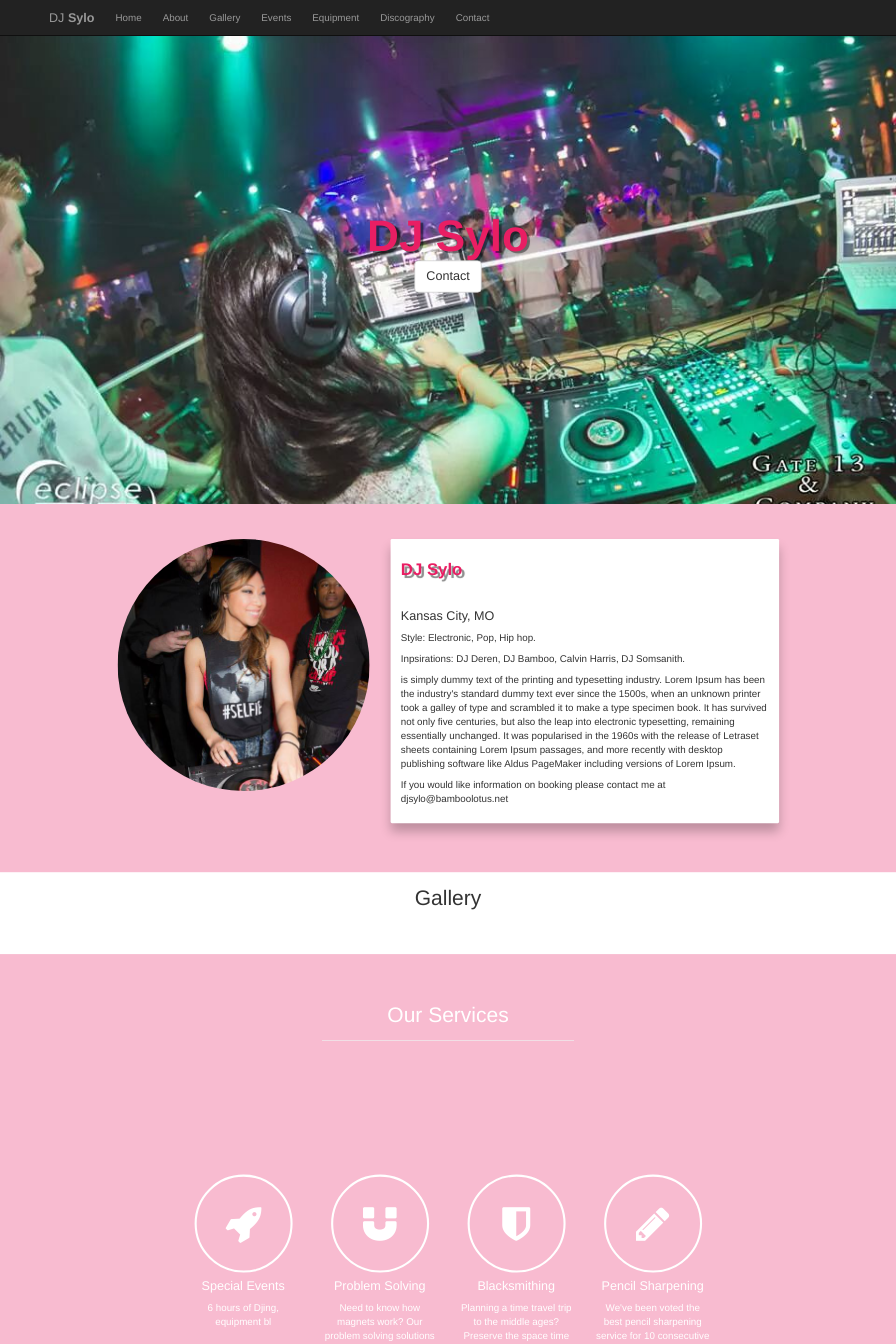
Repository: BambooXLotus/DjSylo
Page: client/index.html
The author's editor kept a record of every edit. The page is drawn from the files as they stood at one moment, then again after the next edit.
The browser window is 1280 px wide. The pictures show the part of the page from y = 0 to 1920 px (the page is 4255 px tall), at 70% of full size.
Pictures or frames that could not be fetched are drawn as grey boxes. Some icons come from a web library that is not loaded, so they are not drawn. Backgrounds fixed to the window are drawn as part of the page. Some web libraries are served in a nearby version.

Above is the page before.

### client/index.html
<!DOCTYPE html>
<html lang="en">

<head>
    <meta charset="utf-8">
    <meta name="viewport" content="width=device-width, initial-scale=1.0">
    <meta name="description" content="">
    <meta name="author" content="">
    <title>DJ Sylo</title>
    <!-- Bootstrap core CSS
        -->
    <link href="css/bootstrap.css" rel="stylesheet">
    <!-- Add custom CSS here -->
    <link href="css/stylish-portfolio.css" rel="stylesheet">
    <link href="//maxcdn.bootstrapcdn.com/font-awesome/4.1.0/css/font-awesome.min.css" rel="stylesheet">
    <link href="css/nanogallery.min.css" rel="stylesheet" type="text/css">
</head>

<body>
    <!-- Side Menu -->
    <nav class="navbar navbar-fixed-top navbar-inverse" role="navigation">
        <div class="container">
            <div class="navbar-header">
                <button type="button" class="navbar-toggle" data-toggle="collapse" data-target=".navbar-ex1-collapse">
                    <span class="sr-only">Toggle navigation</span>
                    <span class="icon-bar"></span>
                    <span class="icon-bar"></span>
                    <span class="icon-bar"></span>
                </button>
                <a class="navbar-brand" href="index.php">DJ <b>Sylo</b></a>
            </div>
            <!-- Collect the nav links, forms, and other content for toggling -->
            <div class="collapse navbar-collapse navbar-ex1-collapse">
                <ul class="nav navbar-nav">
                    <li>
                        <a href="#top">Home</a>
                    </li>
                    <li>
                        <a href="#about">About</a>
                    </li>
                    <li>
                        <a href="#gallery">Gallery</a>
                    </li>
                    <li>
                        <a href="#services">Events</a>
                    </li>
                    <li>
                        <a href="#portfolio">Equipment</a>
                    </li>
                    <li>
                        <a href="#portfolio">Discography</a>
                    </li>
                    <li>
                        <a href="#contact">Contact</a>
                    </li>
                </ul>
            </div>
            <!-- /.navbar-collapse -->
        </div>
        <!-- /.container -->
    </nav>
    <!-- /Side Menu -->
    <!-- Full Page Image Header Area -->
    <div id="top" class="header">
        <div class="vert-text">
            <div class="hero">
                <h1>DJ <b>Sylo</b></h1>
                <a href="#contact" class="btn btn-lg btn-default">Contact</a>
            </div>
        </div>
    </div>
    <!-- /Full Page Image Header Area -->
    <!-- Intro -->
    <div id="about" class="about">
        <div class="container">
            <div class="row">
                <div class="col-md-4 col-md-offset-1">
                    <img class="img-circle img-responsive" src="img/portrait-sm.jpg">
                </div>
                <div class="col-md-6 col-xs-12">
                    <div class="panel panel-default dialog">
                        <div class="panel-heading">
                            <h3>DJ Sylo</h3>
                        </div>
                        <div class="panel-body">
                            <h4>Kansas City, MO</h4>
                            <p>Style: Electronic, Pop, Hip hop.</p>
                            <p>Inpsirations: DJ Deren, DJ Bamboo, Calvin Harris, DJ Somsanith.</p>
                            <p>is simply dummy text of the printing and typesetting industry. Lorem Ipsum has been the industry's standard dummy text ever since the 1500s, when an unknown printer took a galley of type and scrambled it to make a type specimen
                                book. It has survived not only five centuries, but also the leap into electronic typesetting, remaining essentially unchanged. It was popularised in the 1960s with the release of Letraset sheets containing Lorem Ipsum passages,
                                and more recently with desktop publishing software like Aldus PageMaker including versions of Lorem Ipsum.</p>

                            <p>If you would like information on booking please contact me at djsylo@bamboolotus.net</p>
                        </div>
                    </div>
                </div>
            </div>
        </div>
    </div>
    <!-- /Intro -->
    <!-- Gallery -->
    <div id="gallery" class="gallery">
        <div class="container">
            <div class="row">
                <div class="col-md-6 col-md-offset-3 text-center">
                    <h2>Gallery</h2>
                </div>
            </div>
            <div class="row">
                <div class="col-md-10 col-md-offset-1 col-xs-12 text-center">
                    <div id="nanoGallery2"></div>
                </div>
            </div>
        </div>
    </div>
    <!-- /Gallery -->
    <!-- Services -->
    <div id="services" class="services">
        <div class="container">
            <div class="row">
                <div class="col-md-4 col-md-offset-4 text-center">
                    <h2>Our Services</h2>
                    <hr>
                </div>
            </div>
            <div class="row">
                <div class="col-md-offset-3 col-md-6">
                    <iframe width="100%" height="166" scrolling="no" frameborder="no" src="https://w.soundcloud.com/player/?url=https%3A//api.soundcloud.com/tracks/160960689&amp;color=ff5500&amp;auto_play=false&amp;hide_related=false&amp;show_comments=true&amp;show_user=true&amp;show_reposts=false"></iframe>
                </div>
            </div>
            <div class="row">
                <div class="col-md-2 col-md-offset-2 text-center">
                    <div class="service-item">
                        <i class="service-icon fa fa-rocket"></i>
                        <h4>Special Events</h4>
                        <p>6 hours of Djing, equipment bl</p>
                    </div>
                </div>
                <div class="col-md-2 text-center">
                    <div class="service-item">
                        <i class="service-icon fa fa-magnet"></i>
                        <h4>Problem Solving</h4>
                        <p>Need to know how magnets work? Our problem solving solutions team can help you identify problems and conduct exploratory research.</p>
                    </div>
                </div>
                <div class="col-md-2 text-center">
                    <div class="service-item">
                        <i class="service-icon fa fa-shield"></i>
                        <h4>Blacksmithing</h4>
                        <p>Planning a time travel trip to the middle ages? Preserve the space time continuum by blending in with period accurate armor and weapons.</p>
                    </div>
                </div>
                <div class="col-md-2 text-center">
                    <div class="service-item">
                        <i class="service-icon fa fa-pencil"></i>
                        <h4>Pencil Sharpening</h4>
                        <p>We've been voted the best pencil sharpening service for 10 consecutive years. If you have a pencil that feels dull, we'll get it sharp!</p>
                    </div>
                </div>
            </div>
        </div>
    </div>
    <!-- /Services -->
    <!-- Callout -->
    <div class="callout">
        <div class="vert-text">
            <h1>DJ Sylo</h1>
        </div>
    </div>
    <!-- /Callout -->
    <!-- Portfolio -->
    <div id="portfolio" class="portfolio">
        <div class="container">
            <div class="row">
                <div class="col-md-4 col-md-offset-4 text-center">
                    <h2>Events</h2>
                    <hr>
                </div>
            </div>
            <div class="row">
                <div class="col-md-4 col-md-offset-2 text-center">
                    <div class="portfolio-item">
                        <a href="#">

                            <img class="img-portfolio img-responsive" src="img/portfolio-1.jpg">

                        </a>
                        <h4>A Club Name 9/13/2013</h4>
                    </div>
                </div>
                <div class="col-md-4 text-center">
                    <div class="portfolio-item">
                        <a href="#">

                            <img class="img-portfolio img-responsive" src="img/portfolio-2.jpg">

                        </a>
                        <h4>Jokers 2014</h4>
                    </div>
                </div>
            </div>
            <div class="row">
                <div class="col-md-4 col-md-offset-2 text-center">
                    <div class="portfolio-item">
                        <a href="#">

                            <img class="img-portfolio img-responsive" src="img/portfolio-3.jpg">

                        </a>
                        <h4>Cafe Mood</h4>
                    </div>
                </div>
                <div class="col-md-4 text-center">
                    <div class="portfolio-item">
                        <a href="#">

                            <img class="img-portfolio img-responsive" src="img/portfolio-4.jpg">

                        </a>
                        <h4>Power and Light 2015</h4>
                    </div>
                </div>
            </div>
        </div>
    </div>
    <!-- /Portfolio -->
    <!-- Call to Action -->
    <div class="call-to-action">
        <div class="container">
            <div class="row">
                <div class="col-md-6 col-md-offset-3 text-center">
                    <h3>The buttons below are impossible to resist.</h3>
                    <a href="#" class="btn btn-lg btn-default">Click Me!</a>
                    <a href="#" class="btn btn-lg btn-primary">Look at Me!</a>
                </div>
            </div>
        </div>
    </div>
    <!-- /Call to Action -->
    <!-- Map -->
    <div id="contact">
        <div class="container">
            <div class="row">
                <div class="col-md-6 col-md-offset-3">
                    <h3>Contact</h3>
                    <hr>
                    <address>
                            <strong>Email:</strong>
                            <a href="mailto:#">djsylo@bamboolotus.net</a>
                            <br>
                            <br>
                            <strong>Phone:</strong>(515) 329-2323</address>
                </div>
            </div>
            <div>
                <div class="col-md-6 col-md-offset-3 contact-form">
                    <form id="contact" method="post" class="form" role="form">
                        <div class="row">
                            <div class="col-xs-6 col-md-6 form-group">
                                <input class="form-control" id="name" name="name" placeholder="Name" type="text" />
                            </div>
                            <div class="col-xs-6 col-md-6 form-group">
                                <input class="form-control" id="email" name="email" placeholder="Email" type="email" required />
                            </div>
                        </div>
                        <textarea class="form-control" id="message" name="message" placeholder="Message" rows="5"></textarea>
                        <br />
                        <div class="row">
                            <div class="col-xs-12 col-md-12 form-group">
                                <button class="btn btn-primary pull-right" type="submit">Submit</button>
                            </div>
                        </div>
                    </form>
                </div>
            </div>
        </div>
    </div>
    <!-- /Map -->
    <!-- Footer -->
    <footer>
        <div class="container">
            <div class="row">
                <div class="col-md-6 col-md-offset-3 text-center">
                    <ul class="list-inline">
                        <li>
                            <i class="fa fa-facebook fa-3x"></i>
                        </li>
                        <li>
                            <i class="fa fa-twitter fa-3x"></i>
                        </li>
                        <li>
                            <i class="fa fa-instagram fa-3x"></i>
                        </li>
                         <li>
                            <a class="fa fa-soundcloud fa-3x" href="https://soundcloud.com/bambooproduction/sets"></a>
                        </li>
                    </ul>
                    <div class="top-scroll">
                        <a href="#top"><i class="fa fa-circle-arrow-up scroll fa-4x"></i></a>
                    </div>
                    <hr>
                    <p>Copyright &copy; Company 2013</p>
                </div>
            </div>
        </div>
    </footer>
    <!-- /Footer -->
    <!-- JavaScript -->
    <script src="js/jquery-1.10.2.js"></script>
    <script src="js/bootstrap.js"></script>

    <!-- nanoGALLERY plugin files -->
    <script type="text/javascript" src="js/jquery.nanogallery.min.js"></script>
    <!-- Custom JavaScript for the Side Menu and Smooth Scrolling
        -->
    <script>
        $("#menu-close").click(function(e) {
            e.preventDefault();
            $("#sidebar-wrapper").toggleClass("active");
        });
    </script>
    <script>
        $("#menu-toggle").click(function(e) {
            e.preventDefault();
            $("#sidebar-wrapper").toggleClass("active");
        });
    </script>
    <script>
        $(function() {
            $('a[href*=#]:not([href=#])').click(function() {
                if (location.pathname.replace(/^\//, '') == this.pathname.replace(/^\//, '') || location.hostname == this.hostname) {

                    var target = $(this.hash);
                    target = target.length ? target : $('[name=' + this.hash.slice(1) + ']');
                    if (target.length) {
                        $('html,body').animate({
                            scrollTop: target.offset().top
                        }, 1000);
                        return false;
                    }
                }
            });

            $("#nanoGallery2").nanoGallery({
                thumbnailWidth: 'auto',
                thumbnailHeight: 200,
                userID: 'derensomsanith@gmail.com',
                kind: 'picasa',
                album: '6020738059883313137',
                colorSchemeViewer: 'light',
                thumbnailHoverEffect: [{
                    name: 'labelAppear75',
                    duration: 300
                }],
                thumbnailGutterWidth: 1,
                thumbnailGutterHeight: 1,
                i18n: {
                    thumbnailImageDescription: 'View Photo',
                    thumbnailAlbumDescription: 'Open Album'
                },
                thumbnailLabel: {
                    display: true,
                    position: 'overImageOnMiddle',
                    align: 'center'
                },
                photoSorting: 'random',
                lazyBuild: 'loadData',
                lazyBuildTreshold: 300
            });

        });
    </script>
</body>

</html>

### client/css/stylish-portfolio.css
/* Global Styles */

html,
body {
  height: 100%;
  width: 100%;
}
h1 {
  color: #e91e63;
  text-shadow: 4px 4px 1px rgba(0, 0, 0, 0.45);
}
h3 {
  color: #e91e63;
  text-shadow: 4px 4px 1px rgba(0, 0, 0, 0.45);
  font-weight: bold;
}
.vert-text {
  display: table-cell;
  vertical-align: middle;
  text-align: center;
}
.vert-text h1 {
  padding: 0;
  margin: 0;
  font-size: 4.5em;
  font-weight: 700;
}
/* Side Menu */

#sidebar-wrapper {
  margin-right: -250px;
  right: 0;
  width: 250px;
  background: #000;
  position: fixed;
  height: 100%;
  overflow-y: auto;
  z-index: 1000;
  -webkit-transition: all 0.4s ease 0s;
  -moz-transition: all 0.4s ease 0s;
  -ms-transition: all 0.4s ease 0s;
  -o-transition: all 0.4s ease 0s;
  transition: all 0.4s ease 0s;
}
.sidebar-nav {
  position: absolute;
  top: 0;
  width: 250px;
  list-style: none;
  margin: 0;
  padding: 0;
}
.sidebar-nav li {
  line-height: 40px;
  text-indent: 20px;
}
.sidebar-nav li a {
  color: #999999;
  display: block;
  text-decoration: none;
}
.sidebar-nav li a:hover {
  color: #fff;
  background: rgba(255, 255, 255, 0.2);
  text-decoration: none;
}
.sidebar-nav li a:active,
.sidebar-nav li a:focus {
  text-decoration: none;
}
.sidebar-nav > .sidebar-brand {
  height: 55px;
  line-height: 55px;
  font-size: 18px;
}
.sidebar-nav > .sidebar-brand a {
  color: #999999;
}
.sidebar-nav > .sidebar-brand a:hover {
  color: #fff;
  background: none;
}
#menu-toggle {
  top: 0;
  right: 0;
  position: fixed;
  z-index: 1;
}
#sidebar-wrapper.active {
  right: 250px;
  width: 250px;
  -webkit-transition: all 0.4s ease 0s;
  -moz-transition: all 0.4s ease 0s;
  -ms-transition: all 0.4s ease 0s;
  -o-transition: all 0.4s ease 0s;
  transition: all 0.4s ease 0s;
}
.toggle {
  margin: 5px 5px 0 0;
}
/* Full Page Image Header Area */

.header {
  display: table;
  height: 100%;
  width: 100%;
  position: relative;
  background: url(../img/DJSyloJumbotron.jpeg) no-repeat center center fixed;
  -webkit-background-size: cover;
  -moz-background-size: cover;
  -o-background-size: cover;
  background-size: cover;
}
/* Intro */

.intro {
  padding: 50px 0;
}
/* About */

.about {
  background: #f8bbd0;
  padding: 50px 0;
}
/* Services */

.services {
  background: #f8bbd0;
  padding: 50px 0;
  color: #ffffff;
}
.service-item {
  margin-bottom: 15px;
}
i.service-icon {
  border: 3px solid #ffffff;
  border-radius: 50%;
  display: inline-block;
  font-size: 56px;
  width: 140px;
  height: 140px;
  line-height: 136px;
  vertical-align: middle;
  text-align: center;
}
/* Callout */

.callout {
  color: #ffffff;
  display: table;
  height: 400px;
  width: 100%;
  background: url(../img/callout_DJSylo.jpeg) no-repeat center center fixed;
  -webkit-background-size: cover;
  -moz-background-size: cover;
  -o-background-size: cover;
  background-size: cover;
}
/* Portfolio */

.portfolio {
  padding: 50px 0;
}
.portfolio-item {
  margin-bottom: 25px;
}
.img-portfolio {
  margin: 0 auto;
}
/* Call to Action */

.call-to-action {
  color: #ffffff;
  background: #ec407a;
  padding: 50px 0;
}
.call-to-action .btn {
  margin: 10px;
}
/* Map */

.map {
  height: 500px;
}
/* Footer */

footer {
  padding: 100px 0;
}
.top-scroll {
  margin-top: 50px;
}
.top-scroll a {
  text-decoration: none;
  color: inherit;
}
i.scroll {
  color: #333333;
}
i.scroll:hover {
  color: #0a5175;
}
/* Responsive */

@media (max-width: 768px) {
  .header {
    background: url(../img/DJSyloJumbotron.jpeg) no-repeat center center scroll;
  }
  .callout {
    background: url(../img/callout_DJSylo.jpeg) no-repeat center center scroll;
  }
  .map {
    height: 75%;
  }
}
html,
body {
  height: 100%;
}
.carousel,
.item,
.active {
  height: 100%;
}
.carousel-inner {
  height: 100%;
}
.fill {
  width: 100%;
  height: 100%;
  background-position: center;
  background-size: cover;
}
/* faster sliding speed */

.carousel-inner > .item {
  -webkit-transition: 0.3s ease-in-out left;
  -moz-transition: 0.3s ease-in-out left;
  -o-transition: 0.3s ease-in-out left;
  transition: 0.3s ease-in-out left;
}
/* keep full widget on smaller screens */

@media (max-width: 767px) {
  body {
    padding-left: 0;
    padding-right: 0;
  }
}
#galleryContainer {
  background: #DDD;
  max-width: 1000px;
  max-height: 500px;
}
.item img {
  width: 50%;
}
.item.w2 {
  width: 25%;
}

.panel-heading{
  background-color: transparent !important;
  border-bottom: 0px;
}

.circle-shadow{
      box-shadow: 0 19px 38px rgba(0,0,0,0.30);
}

    /* Card, Dialog */
    .card, .dialog {
      border-radius: 2px;
      border: 0px;
      position: relative;
      display: inline-block;
      vertical-align: top;
      background-color: #fff;
      box-shadow: 0 12px 15px 0 rgba(0, 0, 0, 0.24);
    }

Loaded but not shown: client/css/bootstrap.css (library); client/css/nanogallery.min.css (library); client/js/jquery-1.10.2.js (library); client/js/bootstrap.js (library); client/js/jquery.nanogallery.min.js (library)

After the next edit:
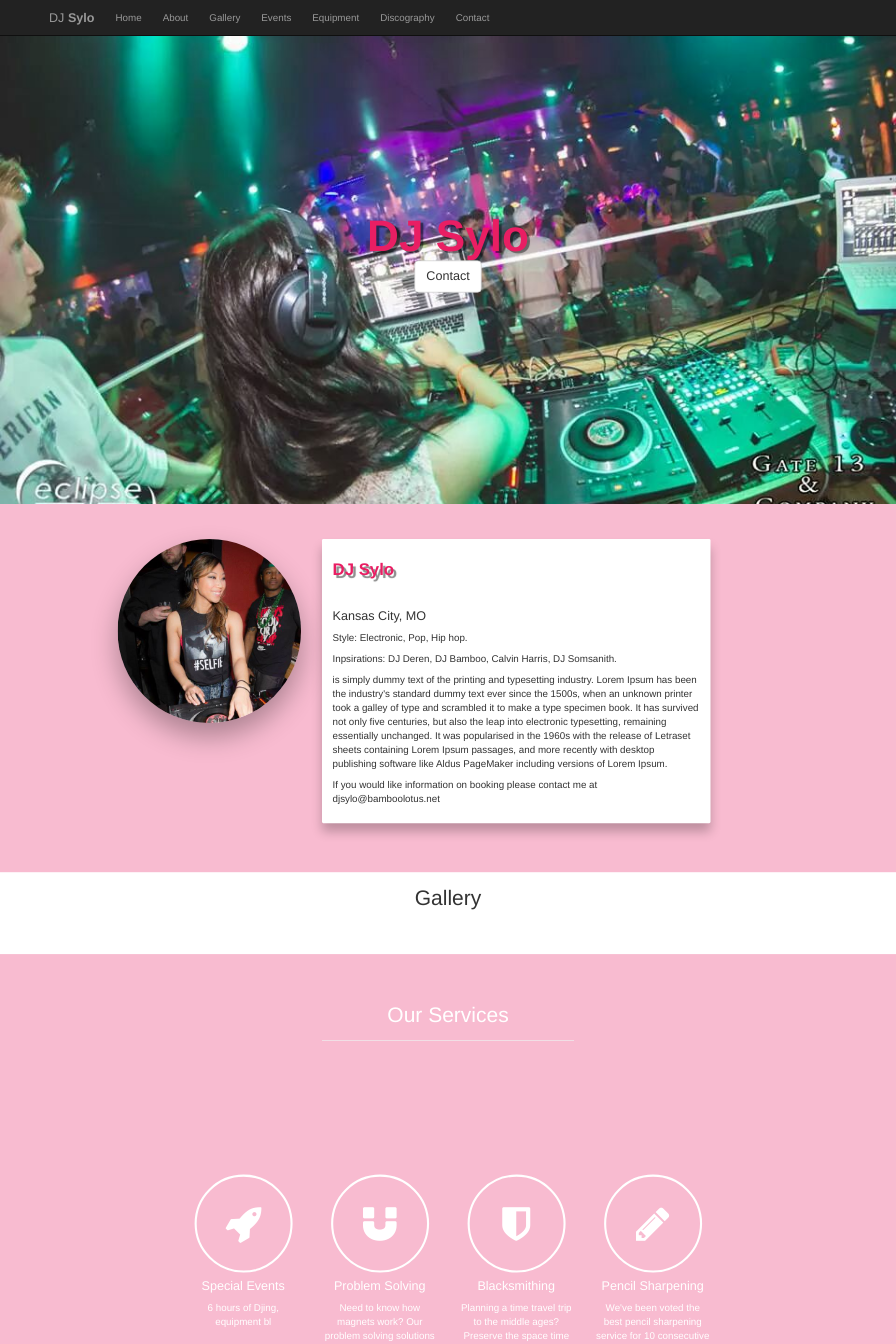
The edit:
--- a/client/index.html
+++ b/client/index.html
@@ -74,8 +74,8 @@
     <div id="about" class="about">
         <div class="container">
             <div class="row">
-                <div class="col-md-4 col-md-offset-1">
-                    <img class="img-circle img-responsive" src="img/portrait-sm.jpg">
+                <div class="col-md-3 col-md-offset-1">
+                    <img class="img-circle img-responsive circle-shadow" src="img/portrait-sm.jpg">
                 </div>
                 <div class="col-md-6 col-xs-12">
                     <div class="panel panel-default dialog">
